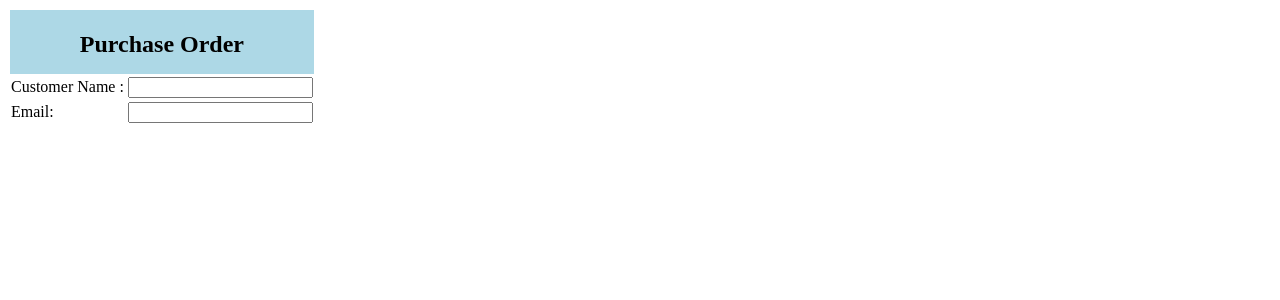
Repository: FatCat0712/JSP
Page: http://localhost/bai_20/
The author's editor kept a copy of each file at every save. The page is drawn from the files as they stood at one save, then again after the next save.
The browser window is 1280 px wide. The pictures show the whole page.
The page is served by Tomcat 9.

Above is the page before, as saved 2024-04-22 01:24:15.

### bai_20/src/main/webapp/index.jsp
<%@ page language="java" contentType="text/html; charset=UTF-8"
    pageEncoding="UTF-8"%>
<!DOCTYPE html>
<html>
<head>
<meta charset="UTF-8">
<title>Insert title here</title>
<style>
	body{
		align-self: center;
	}
</style>
</head>
<body>
<form action="trangDatHang.jsp" method="post">
	<table>
		<tr>
			<td colspan="2" style="background-color: lightblue; text-align: center">
				<h2 style="margin-bottom: 15px">Purchase Order</h2>
			</td>
		</tr>
		<tr>
			<td>
				<label>Customer Name : </label>
			</td>
			<td>
				<input type="text" name="name"/>
			</td>
		</tr>
		<tr>
			<td>
				<label>Email: </label>
			</td>
			<td>
				<input type="email" name="email"/>
			</td>
		</tr>
	</table>
</form>

</body>
</html>

After the next save:
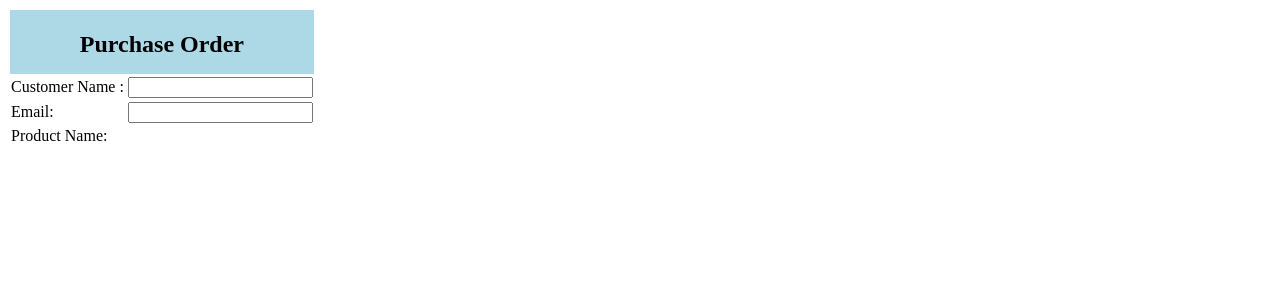
Saved 44 s later.
--- a/bai_20/src/main/webapp/index.jsp
+++ b/bai_20/src/main/webapp/index.jsp
@@ -35,6 +35,11 @@
 				<input type="email" name="email"/>
 			</td>
 		</tr>
+		<tr>
+			<td>
+				<label>Product Name: </label>
+			</td>
+		</tr>
 	</table>
 </form>
 
